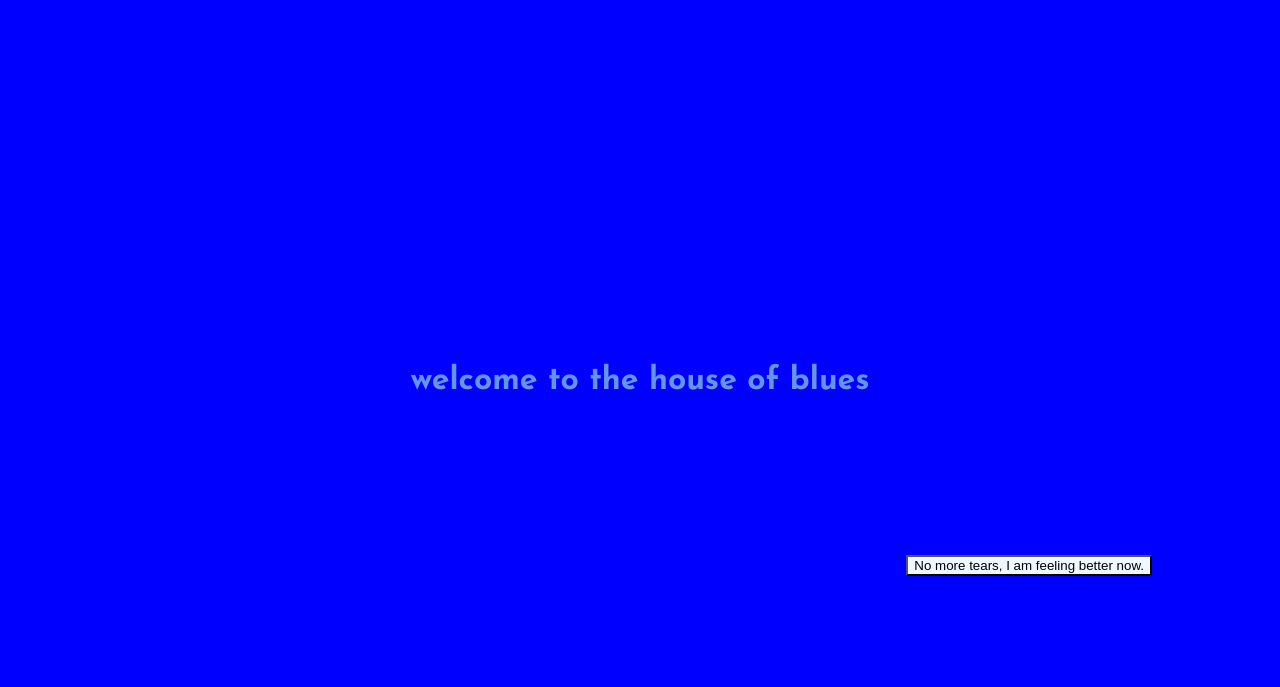
Repository: olivia-clarkeedwards/house-of-blues
Page: index.html
These files come from the project's save history. The page is drawn as it stood at one moment and after the next save; the edit follows.
The browser window is 1280 px wide. The pictures show the whole page.

Above is the page before, as saved 2023-02-16 12:45:04.

After the next save:
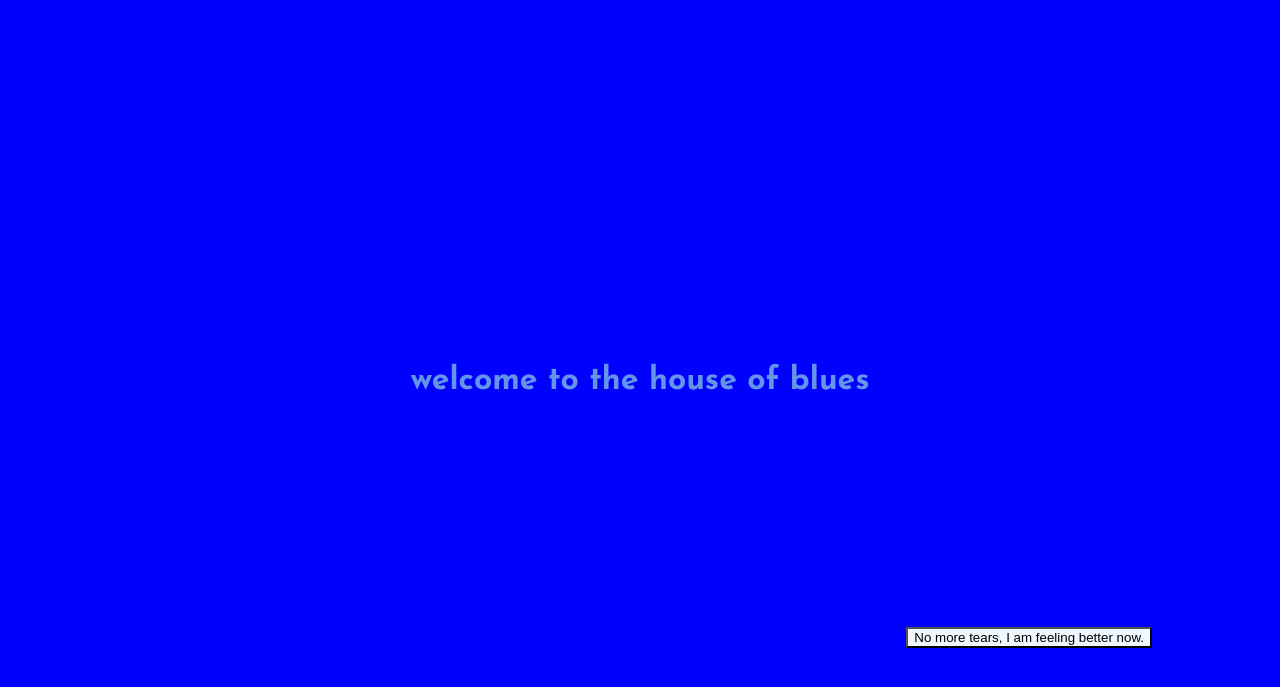
Saved 5 s later.
--- a/main.css
+++ b/main.css
@@ -26,7 +26,7 @@ p {
 
 button {
   position: absolute;
-  bottom: 20%;
+  bottom: 10%;
   right: 10%;
   background-color: aliceblue;
 }
